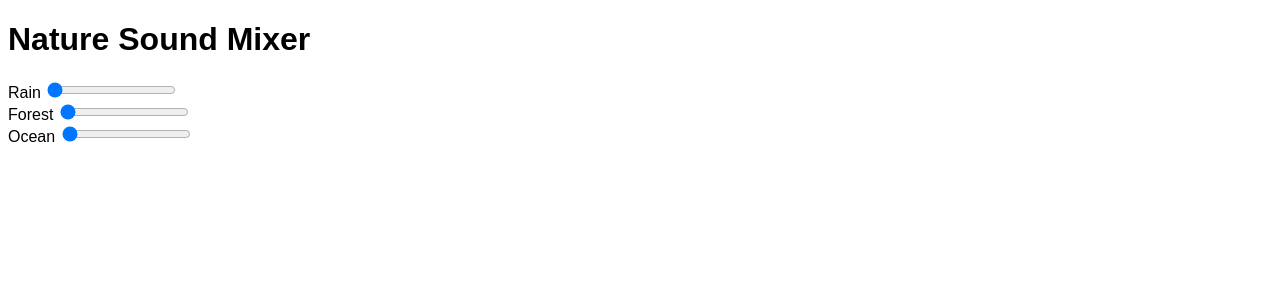
Repository: Suonii/nature-sound-mixer
Page: index.html
The author's editor kept a copy of each file at every save. The page is drawn from the files as they stood at one save, then again after the next save.
The browser window is 1280 px wide. The pictures show the whole page.

Above is the page before, as saved 2024-07-24 09:53:04.

After the next save:
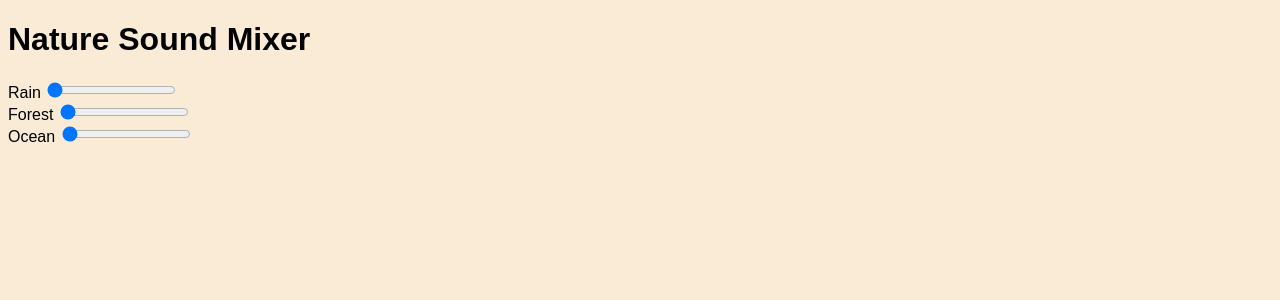
Saved 5 s later.
--- a/styles.css
+++ b/styles.css
@@ -3,5 +3,5 @@ body {
     /*sets the font family for the body text*/
     font-family: Arial, sans-serif;
     /*background color of the page*/
-    background-color:
+    background-color:antiquewhite
 }
